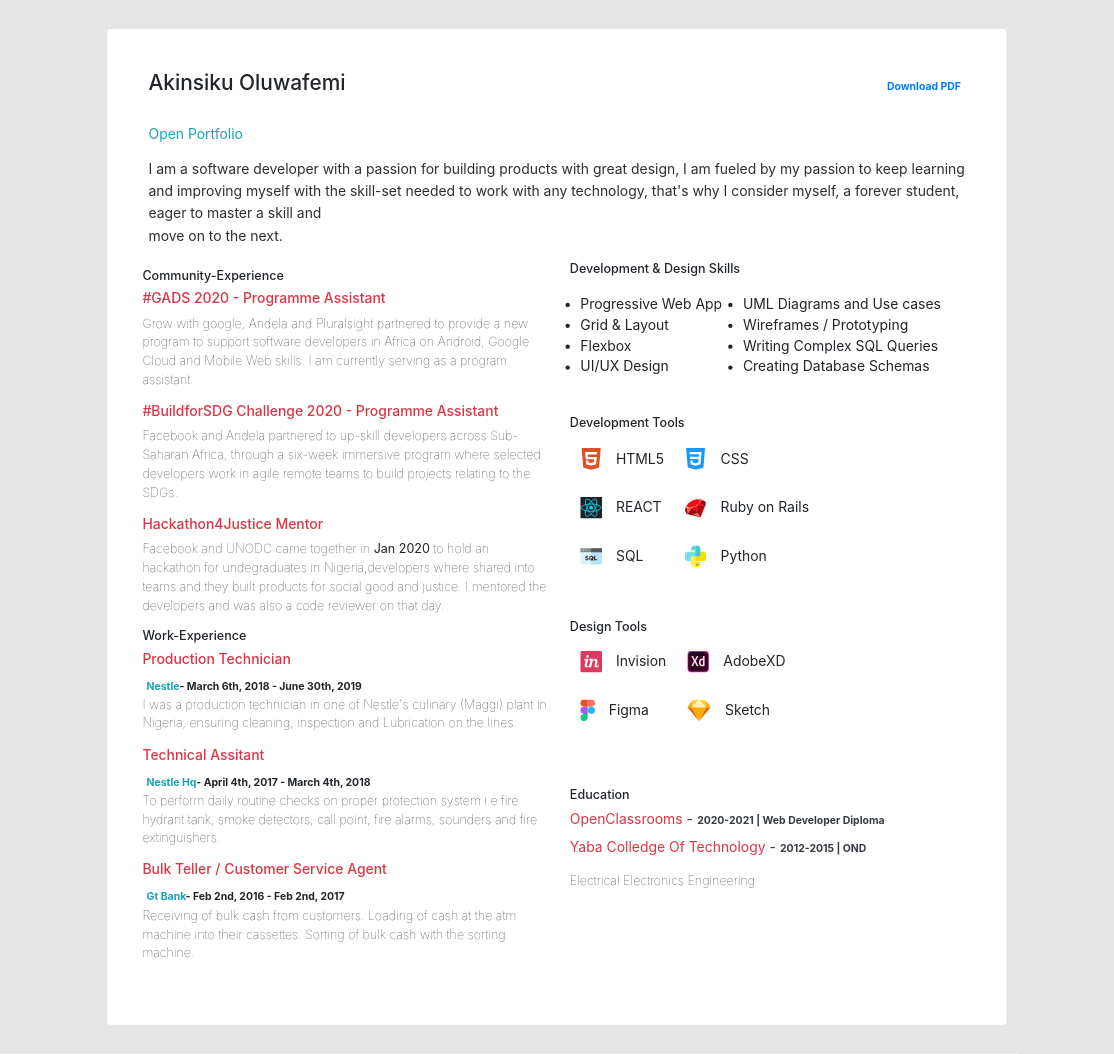
Repository: akinsikuoluwafemi/resume
Page: index.html
The author's editor kept a copy of each file at every save. The page is drawn from the files as they stood at one save, then again after the next save.
The browser window is 1280 px wide. The pictures show the whole page, at 87% of full size.
The style sheet was rebuilt from its Sass, Less or Tailwind sources for each picture, by a compiler version that may differ from the author's.

Above is the page before, as saved 2020-06-22 15:11:18.

After the next save:
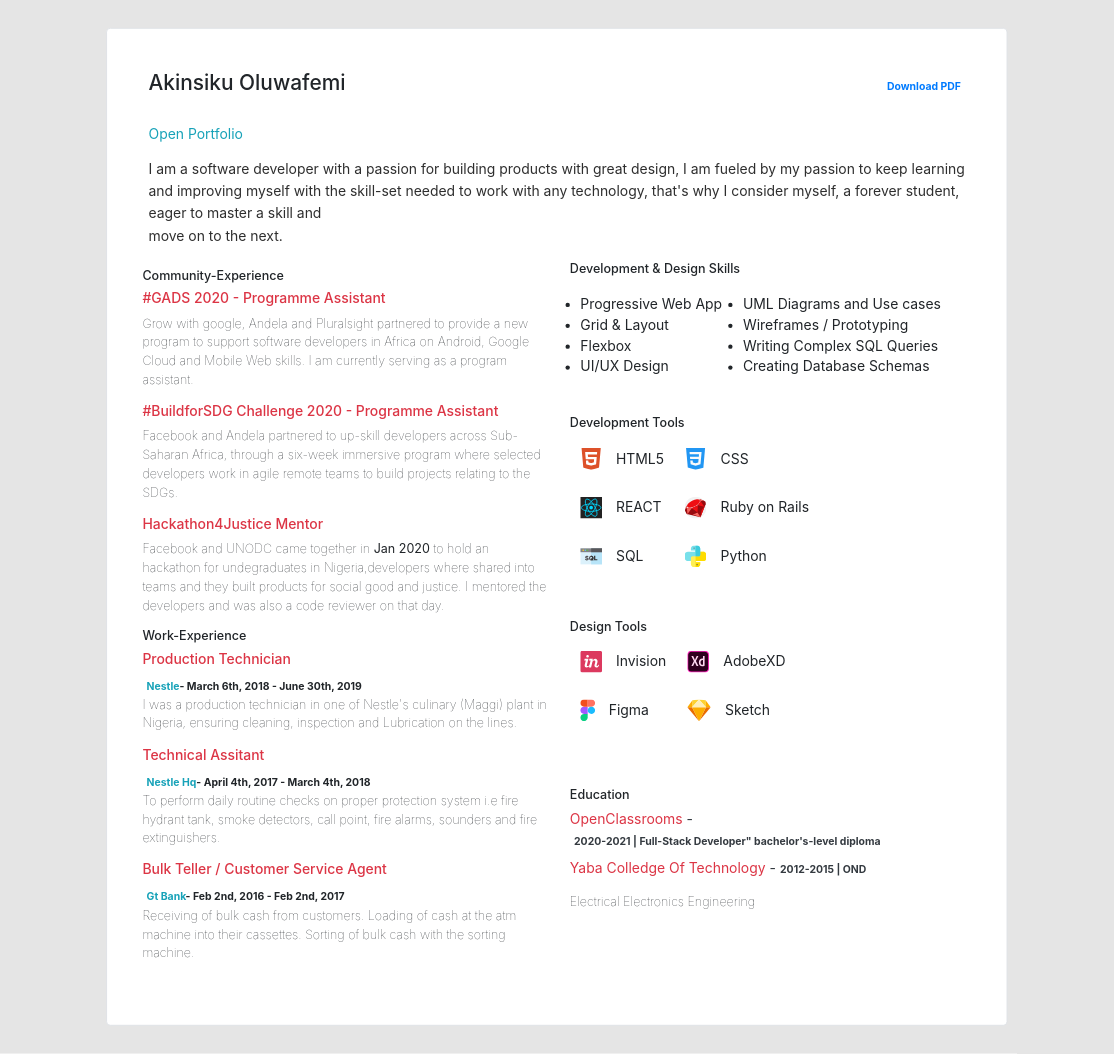
Saved 42 days later.
--- a/index.html
+++ b/index.html
@@ -219,7 +219,7 @@
                     <div>
                         <h5 class="item__header">Education</h5>
                         <a href="https://openclassrooms.com/en/paths/104-full-stack-developer" class="text-danger text-info">OpenClassrooms
-                            <span class="text-dark">-</span><span class="badge text-dark">2020-2021 | Web Developer Diploma</span></a>
+                            <span class="text-dark">-</span><span class="badge text-dark">2020-2021 | Full-Stack Developer" bachelor's-level diploma</span></a>
 
                         <p class="text-danger pt-2">Yaba Colledge Of Technology <span class="text-dark">-</span><span class="badge text-dark">2012-2015
                                 | OND</span></p>
